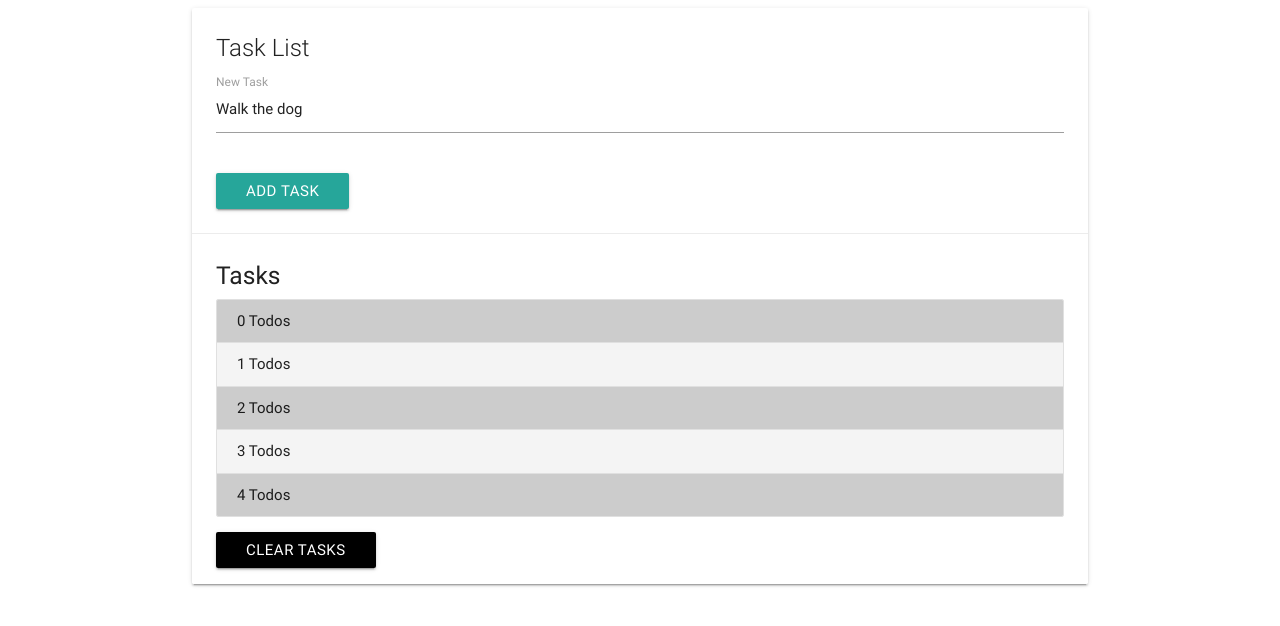
Repository: brianokanga/modern-javascript
Page: Section 3/index.html
An editor plug-in stored every save of this project. The page is shown before and after the next save, followed by the edit.
The browser window is 1280 px wide. The pictures show the whole page.
Some web libraries are served in a nearby version.

Above is the page before, as saved 2020-04-03 03:11:46.

After the next save:
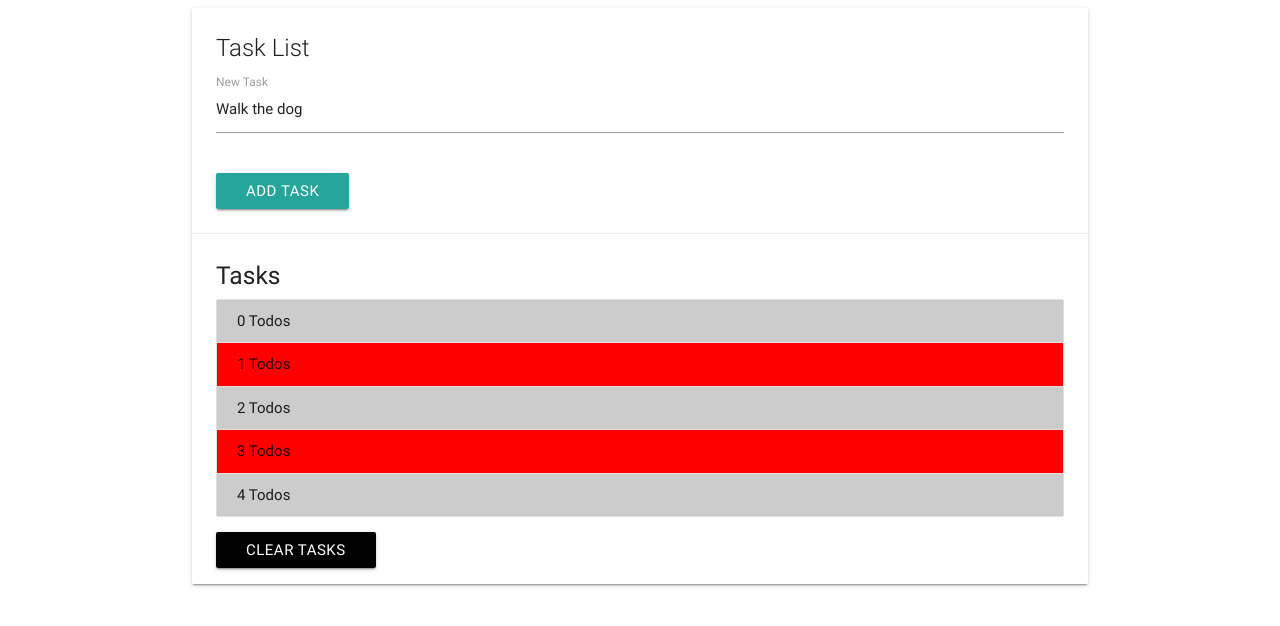
Saved 13 s later.
--- a/Section 3/app.js
+++ b/Section 3/app.js
@@ -113,7 +113,7 @@ liOdd.forEach(function(li, index){
 });
 
 for (let i= 0; i < liEven.length; i++) {
-    liEven[i].style.background = '#f4f4f4';
+    liEven[i].style.background = 'red';
 
 }
 
